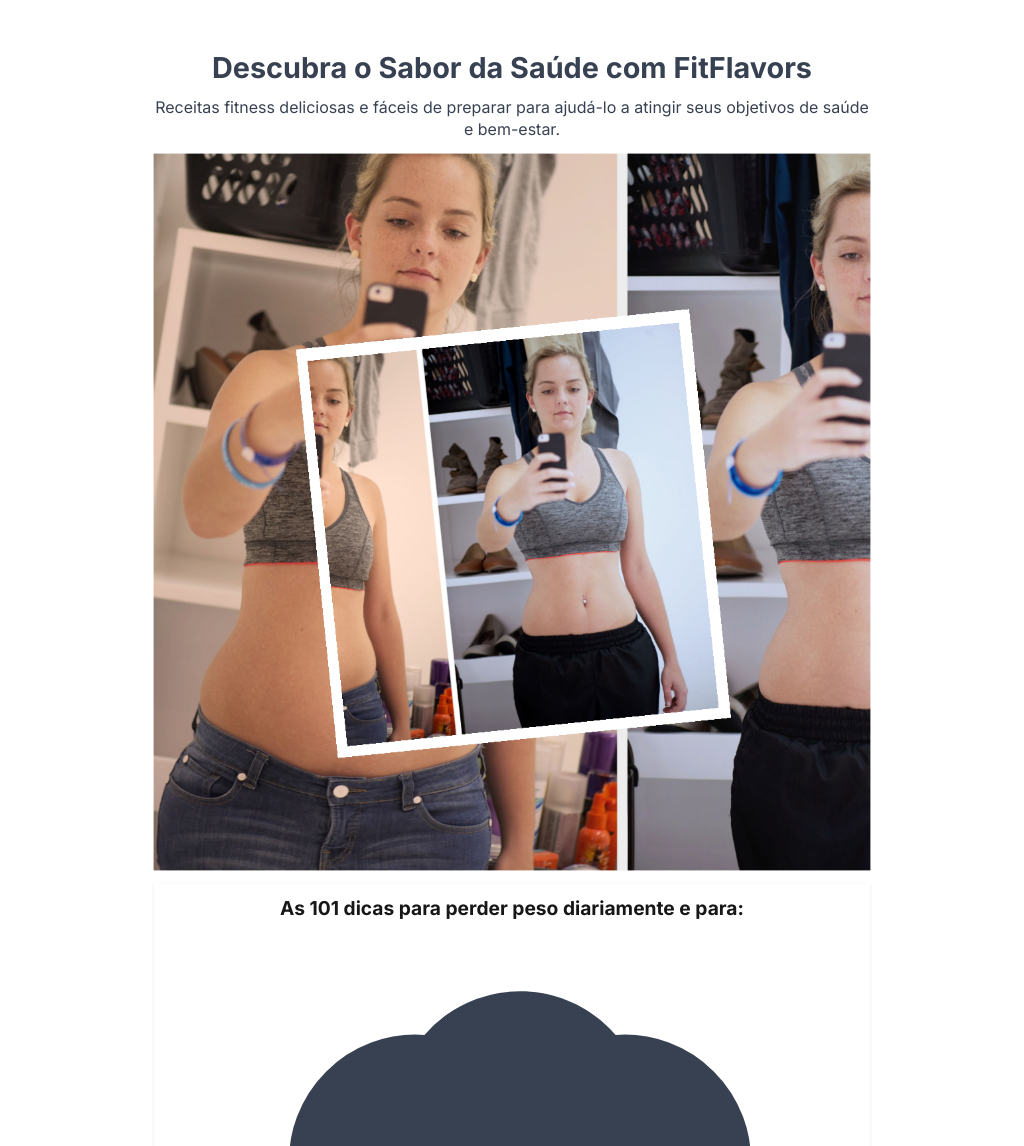
Repository: apreczewski/produtosdigitais
Page: /
These files come from the project's save history. The page is drawn as it stood at one moment and after the next save; the edit follows.
The browser window is 1280 px wide. The pictures show the part of the page from y = 0 to 1432 px (the page is 6996 px tall before and 3716 px after), at 80% of full size.
Pictures or frames that could not be fetched are drawn as grey boxes. The project was rebuilt for these pictures with package versions that can differ from the ones it lists, and the page was loaded fresh each time. The framework's server and built-in components were replaced by stand-ins that run in the browser. Also part of the build but not shown: next.config.js, webpack.config.js.

Above is the page before, as saved 2023-07-27 18:27:34.

### src/app/layout.tsx
import './globals.css'

import { Inter } from 'next/font/google'

const inter = Inter({ subsets: ['latin'] })

export const metadata = {
  title: 'Create Next App',
  description: 'Generated by create next app',
}

export default function RootLayout({
  children,
}: {
  children: React.ReactNode
}) {
  return (
    <html lang="en">
      <body className={inter.className}>
        {children}
      </body>
    </html>
  )
}

### src/app/page.tsx
import { ReceitasFitness } from "@/app/receitasfitness";

export default function Home() {
  return <ReceitasFitness />
}

### src/app/globals.css
@tailwind base;
@tailwind components;
@tailwind utilities;

:root {
  --foreground-rgb: 0, 0, 0;
  --background-start-rgb: #9DCAB4
  --background-end-rgb: #9DCAB4
}

@media (prefers-color-scheme: dark) {
  :root {
    --foreground-rgb: 255, 255, 255;
    --background-start-rgb: #9DCAB4
    --background-end-rgb: #9DCAB4
  }
}

body {
  color: rgb(var(--foreground-rgb));
  background: linear-gradient(
      to bottom,
      transparent,
      rgb(var(--background-end-rgb))
    )
    rgb(var(--background-start-rgb));
}

main {
  margin: 0 12rem;
}

 /* Estilizando a barra de rolagem */
 ::-webkit-scrollbar {
  width: 5px;
}

/* Estilizando o "thumb" ou a parte móvel da barra de rolagem */
::-webkit-scrollbar-thumb {
  background: #888;
  border-radius: 2px;
}

/* Adicionando hover ao "thumb" */
::-webkit-scrollbar-thumb:hover {
  background: #555;
}

### src/app/receitasfitness/index.tsx
import Head from 'next/head'
import { Header } from '@components/Header'
import { Footer } from '@components/Footer'
import { Section01 } from '@/app/receitasfitness/Section01'
import { Section02 } from '@/app/receitasfitness/Section02'
import { Section03 } from '@/app/receitasfitness/Section03'
import { Section04 } from '@/app/receitasfitness/Section04'
import { Section05 } from '@/app/receitasfitness/Section05'
import { Section06 } from '@/app/receitasfitness/Section06'
import { Section07 } from '@/app/receitasfitness/Section07'
import { Section08 } from '@/app/receitasfitness/Section08'
import { Section09 } from '@/app/receitasfitness/Section09'


export const ReceitasFitness = () => {
  return (
    <div className="flex flex-col items-center justify-center min-h-screen">
      {/* <Header /> */}
      <main className="grid gap-4 flex-col items-center justify-center flex-1 text-center mt-16">
        <Section01 />
        <Section02 />
        <Section03 />
        <Section04 />
        <Section05 />
        <Section06 />
        <Section07 />
        <Section08 />
        <Section09 />
      </main>
      <Footer />
    </div>
  )
}

### src/app/components/Footer/index.tsx
import React from "react";

export const Footer = () => {
  return (
    <div className="bg-gray-800 text-white py-8 w-full">
      <div className="container mx-auto px-4 text-center">
        <h2 className="text-2xl mb-4">Entre em contato</h2>
        <p className="mb-4">Email: info@seusite.com</p>
        <div className="flex justify-center space-x-4">
          <a
            href="/privacy-policy"
            className="text-blue-300 hover:text-blue-100"
          >
            Política de Privacidade
          </a>
          <a
            href="/terms-of-service"
            className="text-blue-300 hover:text-blue-100"
          >
            Termos de Serviço
          </a>
        </div>
      </div>
    </div>
  );
};

### src/app/receitasfitness/Section01/index.tsx
export const Section01 = () => {
  return (
    <div className="text-center rounded">
      <h1 className="text-4xl font-bold mb-4  text-gray-700">
        Descubra o Sabor da Saúde com FitFlavors
      </h1>
      <p className="text-xl text-gray-700">
        Receitas fitness deliciosas e fáceis de preparar para ajudá-lo a atingir
        seus objetivos de saúde e bem-estar.
      </p>
    </div>
  );
};

### src/app/receitasfitness/Section02/index.tsx
import Image from 'next/image';
import banner from '@assets/images/section02.png'

export const Section02 = () => {
  return (
    <div className="flex justify-center items-center w-full">
      <div className="w-full">
        <Image
          className="w-screen"
          src={banner}
          alt="Transformação surpreendente com FitFlavors! Veja o progresso real alcançado com nossas receitas fitness." // Substitua isso por uma descrição da imagem
          layout="responsive"
          width={500}
          height={300}
        />
      </div>
    </div>
  );
}

### src/app/receitasfitness/Section03/index.tsx
import React from "react";
import { CheckBadgeIcon } from "@heroicons/react/24/solid";



export const Section03 = () => {
  const features = [
    {
      icon: CheckBadgeIcon,
      text: "Homens",
    },
    {
      icon: CheckBadgeIcon,
      text: "mulher",
    },
    {
      icon: CheckBadgeIcon,
      text: "Para quem não quer gastar com nutricionista",
    },
    {
      icon: CheckBadgeIcon,
      text: "Para quem não pode continuar com o personal training",
    },

    ,
    ,

  ]

  return (
    <div className="p-4 bg-white shadow rounded w-full">
      <h2 className="text-2xl text-neutral-900 font-bold mb-2">
        As 101 dicas para perder peso diariamente e para:
      </h2>
      <ul className="list-disc pl-5 justify-start ">
        {features.map((item, index) => (
          <li key={index} className="mb-2 text-gray-700 text-xl text-left">
            <CheckBadgeIcon /> {item?.text}
          </li>
        ))}
      </ul>
    </div>
  );
};

### src/app/receitasfitness/Section04/index.tsx
"use client";

import React, { useEffect, useState } from "react";
import Image from "next/image";
import { Dot, Dots } from "./styles";
// import ImageTest from './image.svg';

export const Section04 = () => {
  const images = [
    "https://images.pexels.com/photos/414612/pexels-photo-414612.jpeg",
    "https://images.pexels.com/photos/459225/pexels-photo-459225.jpeg",
    "https://images.pexels.com/photos/459225/pexels-photo-459225.jpeg",
    "https://images.pexels.com/photos/459225/pexels-photo-459225.jpeg",
  ];

  const [currentImageIndex, setCurrentImageIndex] = useState(0);

  const prev = () => {
    setCurrentImageIndex(
      (currentImageIndex - 1 + images.length) % images.length
    );
  };
  const next = () => {
    setCurrentImageIndex((currentImageIndex + 1) % images.length);
  };

  useEffect(() => {
    const interval = setInterval(() => {
      setCurrentImageIndex((currentImageIndex + 1) % images.length);
    }, 2000);

    return () => clearInterval(interval);
  }, [currentImageIndex, images.length]);

  return (
    <div className="relative w-full h-[500px] rounded overflow-hidden">
      <Image
        className="object-cover"
        src={images[currentImageIndex]}
        layout="fill"
        objectFit="cover"
        alt=""
      />
      <Dots>
        {images.map((index) => {
          return <Dot key={index}/>
        })}
      </Dots>
      {/* <ImageTest /> */}
    </div>
  );
};

### src/app/receitasfitness/Section05/index.tsx
import React from "react";

export const Section05 = () => {
  return (
    <div className="bg-blue-500 text-white p-8 rounded-lg shadow-lg">
      <h2 className="text-3xl font-bold mb-6">
        Como funciona o Pacote Premium Artes Gospel?
      </h2>
      <ol className="list-decimal list-inside space-y-4 text-lg">
        <li>
          <strong className="text-white">1º Passo:</strong> Escolha o modelo de
          arte que mais lhe interessar (São mais de 450 modelos com os mais
          diversos temas)
        </li>
        <li>
          <strong className="text-white">2º Passo:</strong> Altere a arte com as
          informações que você deseja com poucos cliques (Utilize as aulas para
          aprender como alterar)
        </li>
        <li>
          <strong className="text-white">3º Passo:</strong> Finalize sua arte e
          comece a divulgação para sua igreja ou ministério em poucos minutos e
          sem precisar investir alto para isso
        </li>
      </ol>
    </div>
  );
};

### src/app/receitasfitness/Section06/index.tsx
import React from "react";

export const Section06 = () => {
  return (
    <div className="bg-blue-500 text-white p-8 rounded-lg shadow-lg">
      <h2 className="text-3xl font-bold mb-6">
        Além de tudo isso, ao se inscrever HOJE, você receberá 2 BÔNUS
        EXCLUSIVOS
      </h2>
      <h3 className="text-2xl mb-4">Bônus 1</h3>
      <p className="mb-4">
        Transforme seu corpo em uma máquina de queimar gordura
      </p>
      <p className="mb-4">
        Conselhos dos melhores exercícios e queimadores de gordura.
      </p>
      <h3 className="text-2xl mb-4">SUPER BÔNUS:</h3>
      <p className="mb-4">Bônus SURPRESA</p>
      <p className="mb-4">Ao adquirir HOJE, você garante um bônus surpresa!</p>
      <p className="text-2xl mb-4">De R$ 20.90</p>
      <p className="text-2xl mb-4">Por R$ 10.90</p>
      <button className="bg-white text-blue-500 px-8 py-3 rounded-full font-semibold transition duration-200 ease-in-out transform hover:scale-105">
        QUERO APROVEITAR ESTA OFERTA
      </button>
      <p className="mt-4">
        ATENÇÃO: As vagas com este valor são LIMITADAS e assim que se
        encerrarem, 101 Dicas para Perder Peso voltará ao seu preço normal de R$
        20.90
      </p>
    </div>
  );
};

### src/app/receitasfitness/Section07/index.tsx
import React from "react";
import Image from "next/image";

export const Section07 = () => {
  return (
    <div className="flex items-center bg-yellow-500 text-white p-8 rounded-lg shadow-lg">
      <div className="w-1/3">
        <Image
          src="https://via.placeholder.com/150"
          alt="Garantia"
          width={150}
          height={150}
        />
      </div>
      <div className="w-2/3 pl-8">
        <h2 className="text-3xl font-bold mb-4">GARANTIA DE 7 DIAS!</h2>
        <p className="text-lg">
          Temos absoluta certeza de que o 101 DICAS PARA PERDER PESO DIARIAMENTE
          será muito efetivo para o seu processo de EMAGRECIMENTO, mas se em até
          7 dias após a compra você não estiver satisfeito com o produto por
          qualquer motivo, devolvemos todo o seu dinheiro!
        </p>
      </div>
    </div>
  );
};

### src/app/receitasfitness/Section08/index.tsx
"use client"

import React, { useState } from "react";

export const Section08 = () => {
  const [activeIndex, setActiveIndex] = useState(-1);

  const questions = [
    {
      question: 'Como recebo acesso ao curso?',
      answer: 'Assim que você efetuar o pagamento, receberá um nome de usuário e senha em seu e-mail para acessar a plataforma. Aproveite seu processo de aprendizado e aproveite ao máximo.',
    },
    {
      question: 'O pagamento é seguro?',
      answer: 'O pagamento é feito 100% de forma segura através da Hotmart, a maior e mais segura plataforma de venda de produtos digitais para falantes de espanhol. Eu só pago se você fizer diretamente a eles.',
    },
    {
      question: 'Posso usar meu celular para fazer login?',
      answer: 'Sim! Você pode acessar quantas vezes quiser simplesmente usando seu celular, sem a necessidade de um computador.',
    },
    {
      question: 'E se eu não gostar do curso?',
      answer: 'Você tem uma garantia incondicional de 7 dias! Se, após a compra do curso, dentro de 7 dias você descobrir que não é para você, basta nos enviar um e-mail e nós reembolsaremos todo o seu investimento.',
    },
  ];

  return (
    <div className="bg-blue-500 text-white p-8 rounded-lg shadow-lg text-left">
      <h2 className="text-3xl font-bold mb-6">PERGUNTAS FREQUENTES:</h2>
      {questions.map((item, index) => (
        <div key={index} className="mb-4">
          <button
            onClick={() => setActiveIndex(activeIndex === index ? -1 : index)}
            className="text-xl font-semibold"
          >
            {item.question}
          </button>
          {activeIndex === index && <p className="mt-2">{item.answer}</p>}
        </div>
      ))}
    </div>
  );
};

### src/app/receitasfitness/Section09/index.tsx
import React from "react";

export const Section09 = () => {

  return (
    <h1>Section09</h1>
  );
};

### src/app/receitasfitness/Section04/styles.ts
import styled from 'styled-components';

export const Dots = styled.div`
  position: absolute;
  display: flex;
  width: 100%;
  align-items: center;
  justify-content: center;
  bottom: 3rem;
  z-index: 5;
`;

export const Dot = styled.span`
  width: 1rem;
  height: 1rem;
  border-radius: 50%;
  background-color: #999;

  & + span {
    margin-left: 0.25rem;
  }


`;

Loaded but not shown: tailwind.config.js (common file)

After the next save:
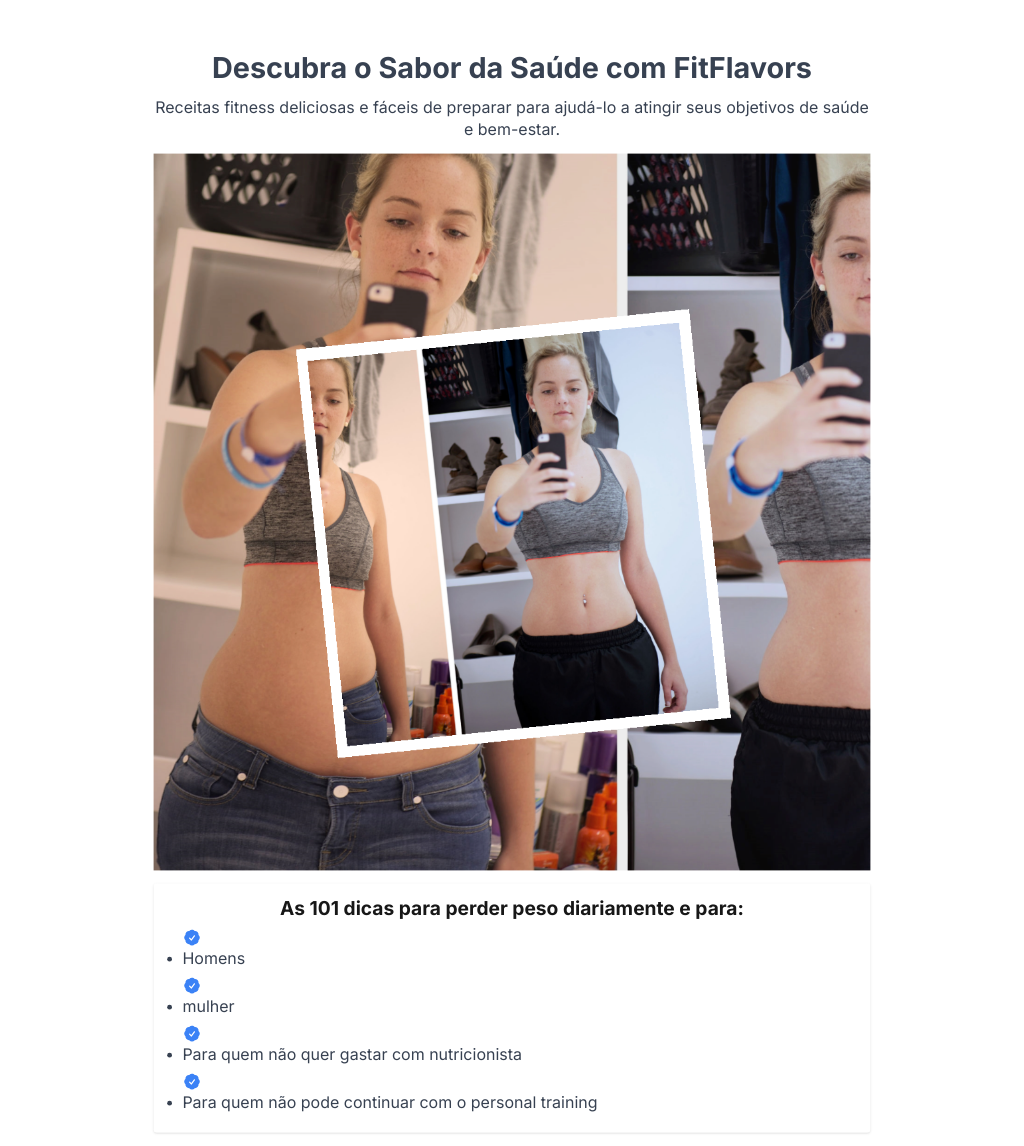
Saved 52 s later.
--- a/src/app/receitasfitness/Section03/index.tsx
+++ b/src/app/receitasfitness/Section03/index.tsx
@@ -35,7 +35,7 @@
       <ul className="list-disc pl-5 justify-start ">
         {features.map((item, index) => (
           <li key={index} className="mb-2 text-gray-700 text-xl text-left">
-            <CheckBadgeIcon /> {item?.text}
+            <CheckBadgeIcon className="h-6 w-6 text-blue-500" /> {item?.text}
           </li>
         ))}
       </ul>
